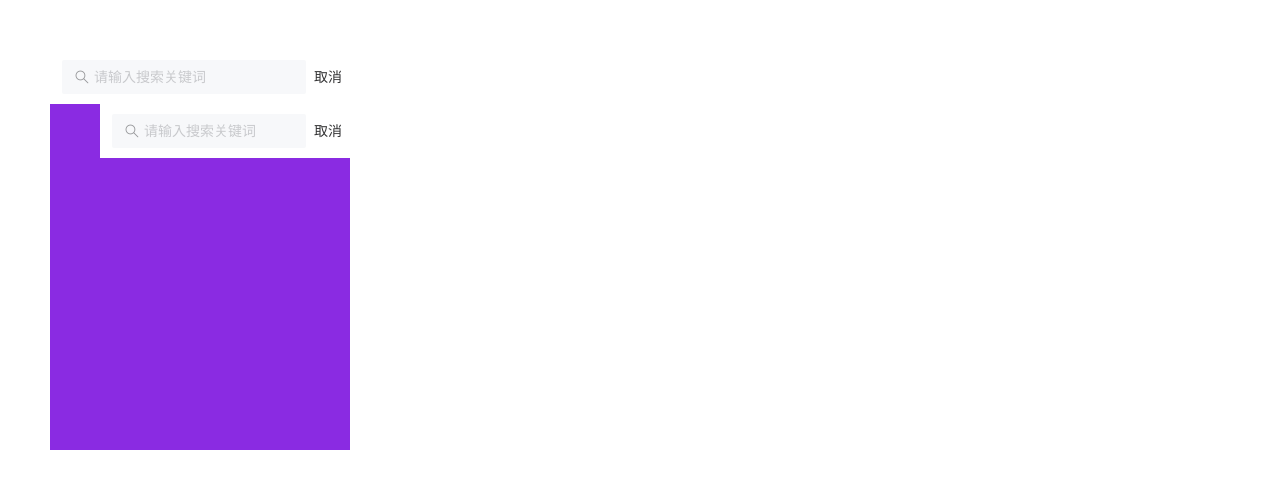
Repository: liyang777777/shangcheng
Page: /
The author's editor kept a copy of each file at every save. The page is drawn from the files as they stood at one save, then again after the next save.
The browser window is 1280 px wide. The pictures show the whole page.
The project was rebuilt for these pictures with package versions that can differ from the ones it lists, and the page was loaded fresh each time. Also part of the build but not shown: vue.config.js. Imported but missing from the stored project, and not drawn on this page: src/views/About.

Above is the page before, as saved 2020-06-22 10:43:06.

### src/main.js
import Vue from 'vue';
import App from './App.vue';
import router from './router';
import store from './store';
import Vant from 'vant';
import 'vant/lib/index.css';

import { Form } from 'vant';
import { Search } from 'vant';

Vue.config.productionTip = false
Vue.use(Vant);
Vue.use(Form);
Vue.use(Search);

new Vue({
  router,
  store,
  render: h => h(App)
}).$mount('#app')

### src/App.vue
<template>
  <div id="app">

    <router-view/>
  </div>
</template>

<style lang="scss">

</style>

### src/router/index.js
import Vue from 'vue'
import VueRouter from 'vue-router'
import Home from '../views/Home.vue'


Vue.use(VueRouter)

  const routes = [
  {
    path: '/',
    name: 'Home',
    component: Home
  },
  {
    path: '/about',
    name: 'About',

    component: () => import('../views/About')
  },
  {
    path: '/details',
    name: 'Details',

    component: () => import('../views/details/Details')
  },
  {
    path: '/login',
    name: 'Login',

    component: () => import('../views/login/Login')
  }
]

const router = new VueRouter({
  mode: 'history',
  base: process.env.BASE_URL,
  routes
})

export default router

### src/views/Home.vue
<template>
  <div class="content">
    <div class="box1">
      <form action="/" class="box2">
      <van-search
        v-model="value"
        show-action
        placeholder="请输入搜索关键词"
        @search="onSearch"
        @cancel="onCancel"
      />
    </form>
    </div>
    <form action="/" class="box">
      <van-search
        v-model="value"
        show-action
        placeholder="请输入搜索关键词"
        @search="onSearch"
        @cancel="onCancel"
      />
    </form>
  </div>
</template>

<script>
import { Toast } from "vant";
export default {
  name: "",
  props: {},
  components: {},
  data() {
    return {
      value: ""
    };
  },
  methods: {
    onSearch(val) {
      Toast(val);
    },
    onCancel() {
      Toast("搜索");
    }
  },
  mounted() {},
  watch: {},
  computed: {}
};
</script>

<style scoped lang='scss'>
.content {
  width: 300px;
  height: 400px;
  background: blueviolet;
  margin-top: 50px;
  margin-left: 50px;
}
.box {
  height: 25px;
  margin-left: 50px;
}
</style>

Loaded but not shown: public/index.html (common file); src/store/index.js (common file)

After the next save:
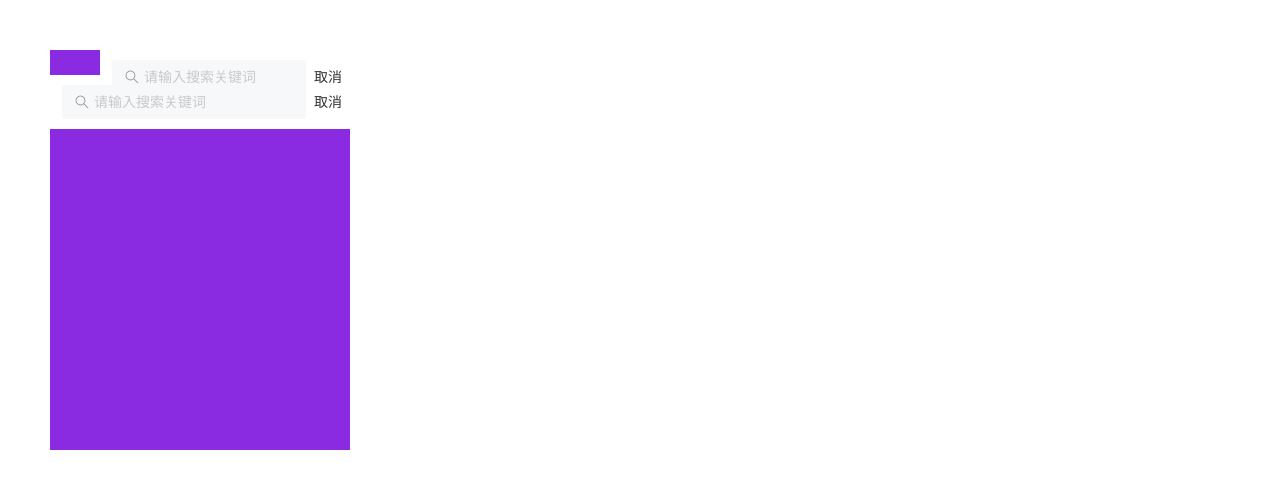
Saved 36 s later.
--- a/src/views/Home.vue
+++ b/src/views/Home.vue
@@ -56,7 +56,10 @@ export default {
   margin-top: 50px;
   margin-left: 50px;
 }
-.box {
+.box1 {
+  height: 25px;
+}
+.box2 {
   height: 25px;
   margin-left: 50px;
 }
